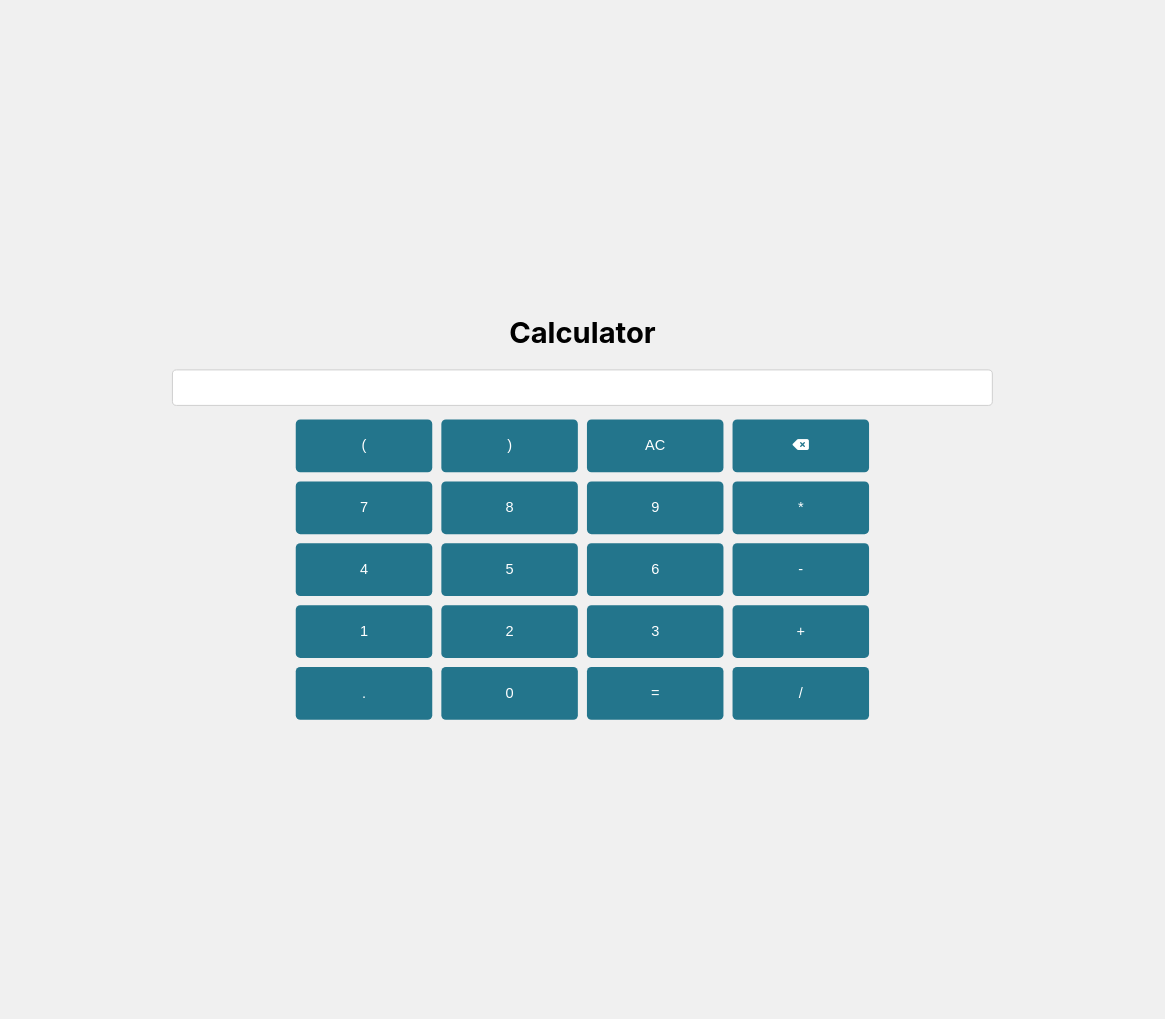
Repository: thesaherriaz/Calculator-React
Page: /
The author's editor kept a copy of each file at every save. The page is drawn from the files as they stood at one save, then again after the next save.
The browser window is 1280 px wide. The page is 1280 px wide, then 1281 px, so the pictures cover 1281 px, including what lies to the right of the window. The pictures show the whole page, at 91% of full size.
The project was rebuilt for these pictures with package versions that can differ from the ones it lists, and the page was loaded fresh each time.

Above is the page before, as saved 2025-06-18 15:11:33.

### public/index.html
<!DOCTYPE html>
<html lang="en">
  <head>
    <meta charset="utf-8" />
    <link rel="icon" href="%PUBLIC_URL%/favicon.ico" />
    <meta name="viewport" content="width=device-width, initial-scale=1" />
    <meta name="theme-color" content="#000000" />
    <meta
      name="description"
      content="Web site created using create-react-app"
    />
    <link rel="apple-touch-icon" href="%PUBLIC_URL%/logo192.png" />
    <link rel="stylesheet" href="https://cdnjs.cloudflare.com/ajax/libs/font-awesome/6.0.0/css/all.min.css">
    <!--
      manifest.json provides metadata used when your web app is installed on a
      user's mobile device or desktop. See https://developers.google.com/web/fundamentals/web-app-manifest/
    -->
    <link rel="manifest" href="%PUBLIC_URL%/manifest.json" />
    <!--
      Notice the use of %PUBLIC_URL% in the tags above.
      It will be replaced with the URL of the `public` folder during the build.
      Only files inside the `public` folder can be referenced from the HTML.

      Unlike "/favicon.ico" or "favicon.ico", "%PUBLIC_URL%/favicon.ico" will
      work correctly both with client-side routing and a non-root public URL.
      Learn how to configure a non-root public URL by running `npm run build`.
    -->
    <title>React App</title>
  </head>
  <body>
    <noscript>You need to enable JavaScript to run this app.</noscript>
    <div id="root"></div>
    <!--
      This HTML file is a template.
      If you open it directly in the browser, you will see an empty page.

      You can add webfonts, meta tags, or analytics to this file.
      The build step will place the bundled scripts into the <body> tag.

      To begin the development, run `npm start` or `yarn start`.
      To create a production bundle, use `npm run build` or `yarn build`.
    -->
  </body>
</html>

### src/App.js
import React from 'react'
import Calculator from './compnents/Calculator'

function App() {
  return (
    <Calculator />
  )
}

export default App

### src/compnents/Calculator.jsx
import React from 'react'
import './Calculator.css'
function Calculator() {
  return (
    <>
        <div className="Calculator">
            <h1>Calculator</h1>
            <input className='input-box' type="text" name="input" id="input" />
            <div>
                <button className='btn-cal'>(</button>
                <button className='btn-cal'>)</button>
                <button className='btn-cal'>AC</button>
                <button className='btn-cal'><i class="fa-solid fa-delete-left"></i></button> <br />
                <button className='btn-cal'>7</button>
                <button className='btn-cal'>8</button>
                <button className='btn-cal'>9</button>
                <button className='btn-cal'>*</button> <br />
                <button className='btn-cal'>4</button>
                <button className='btn-cal'>5</button>
                <button className='btn-cal'>6</button>
                <button className='btn-cal'>-</button> <br />
                <button className='btn-cal'>1</button>
                <button className='btn-cal'>2</button>
                <button className='btn-cal'>3</button>
                <button className='btn-cal'>+</button> <br />
                <button className='btn-cal'>.</button>
                <button className='btn-cal'>0</button>
                <button className='btn-cal'>=</button>
                <button className='btn-cal'>/</button>
            </div>
        </div>
    </>
  )
}

export default Calculator

### src/compnents/Calculator.css
.Calculator {
  display: flex;
  flex-direction: column;
  align-items: center;
  justify-content: center;
  height: 100vh;
  background-color: #f0f0f0;
  padding: 200px;
}
.btn-cal{
  background-color: #23758c;
  width: 150px;
  color: white;
  border: none;
  padding: 20px;
  font-size: 16px;
  cursor: pointer;
  border-radius: 5px;
  margin: 5px;
  transition: background-color 0.3s ease;
}

.input-box {
  width: 100%;
  padding: 10px;
  font-size: 16px;
  border: 1px solid #ccc;
  border-radius: 5px;
  margin-bottom: 10px;
}

Loaded but not shown: src/index.js (common file); src/index.css (common file); src/reportWebVitals.js (common file)

After the next save:
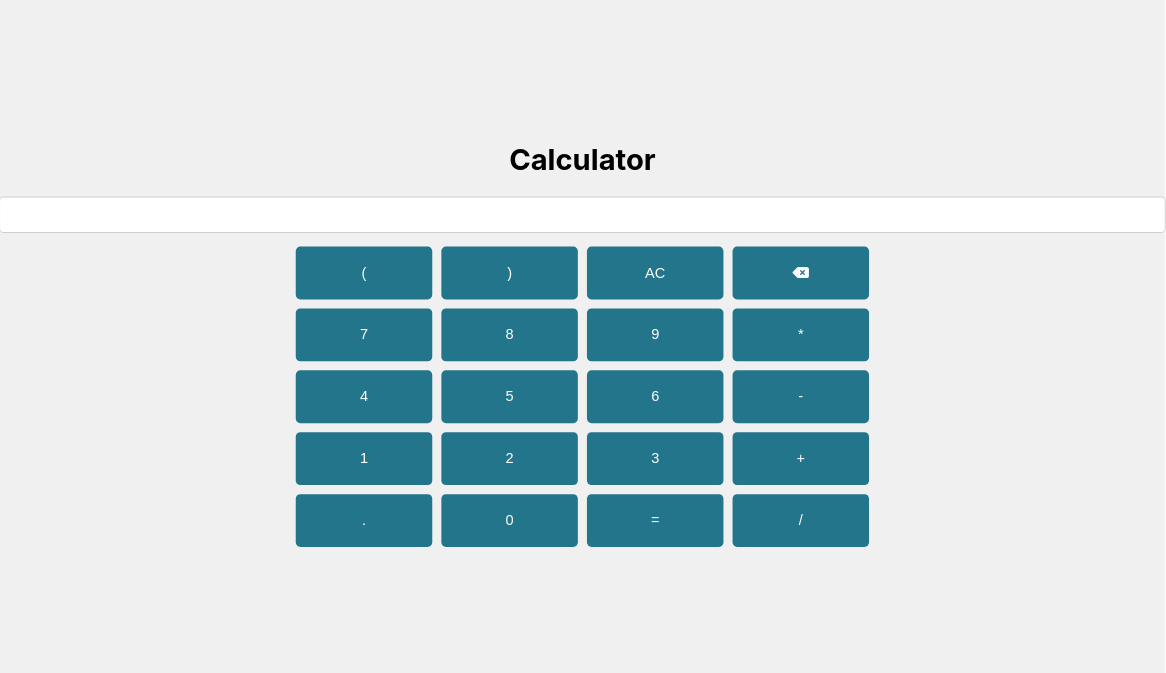
Saved 10 s later.
--- a/src/compnents/Calculator.css
+++ b/src/compnents/Calculator.css
@@ -5,7 +5,7 @@
   justify-content: center;
   height: 100vh;
   background-color: #f0f0f0;
-  padding: 200px;
+  padding: 10px;
 }
 .btn-cal{
   background-color: #23758c;
